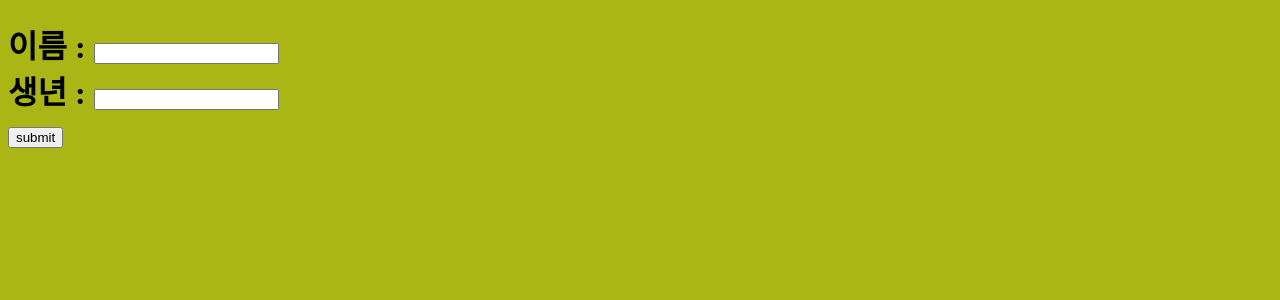
Repository: violetaplum/eclipseJSP
Page: http://localhost/JSP/inputAge.jsp
These files come from the project's save history. The page is drawn as it stood at one moment and after the next save; the edit follows.
The browser window is 1280 px wide. The pictures show the whole page.
The page is served by Tomcat 9. Other server files are loaded and not shown.

Above is the page before, as saved 2019-06-05 10:09:14.

### JSP/WebContent/inputAge.jsp
<%@page import="java.util.*" %>
<%@ page language="java" contentType="text/html; charset=UTF-8" pageEncoding="utf-8"%>

<!DOCTYPE html>
<html>
<head>
<meta http-equiv="content-type" content="text/html; charset=utf-8" />
<script type="text/javascript">
function get()
{
	var name = document.getElementById("name")
	var year = parseInt((new Date().getFullYear()))
  	var age = year-parseInt(document.getElementById("year"))

if(name==""||year.length!=4)
{
  	alert("이름 혹은 생일을 다시 입력해 주세요..");
	  window.location.href="./inputAge.jsp"
}
else
	{
	window.location.href="./hello.html"
	}
}
</script>
<style>
body
{
  background: #a9b616;
}

</style>
  </head>
<body>

  <h1>
  이름 : <input id="name" type="text" name="name" /><br />
  생년 : <input id="year" type="number" name="year"/><br />
<input type="button" value="submit" onclick="get()">

  </body>
</html>
<!-- min="1900" max="2099" step="1"  -->

After the next save:
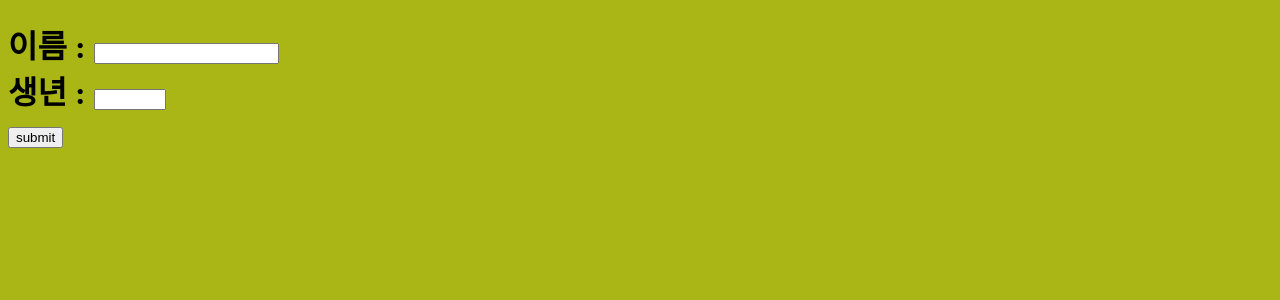
Saved 56 s later.
--- a/JSP/WebContent/inputAge.jsp
+++ b/JSP/WebContent/inputAge.jsp
@@ -35,7 +35,7 @@ body
 
   <h1>
   이름 : <input id="name" type="text" name="name" /><br />
-  생년 : <input id="year" type="number" name="year"/><br />
+  생년 : <input id="year" type="number" min="1990" max="2019" name="year"/><br />
 <input type="button" value="submit" onclick="get()">
 
   </body>
